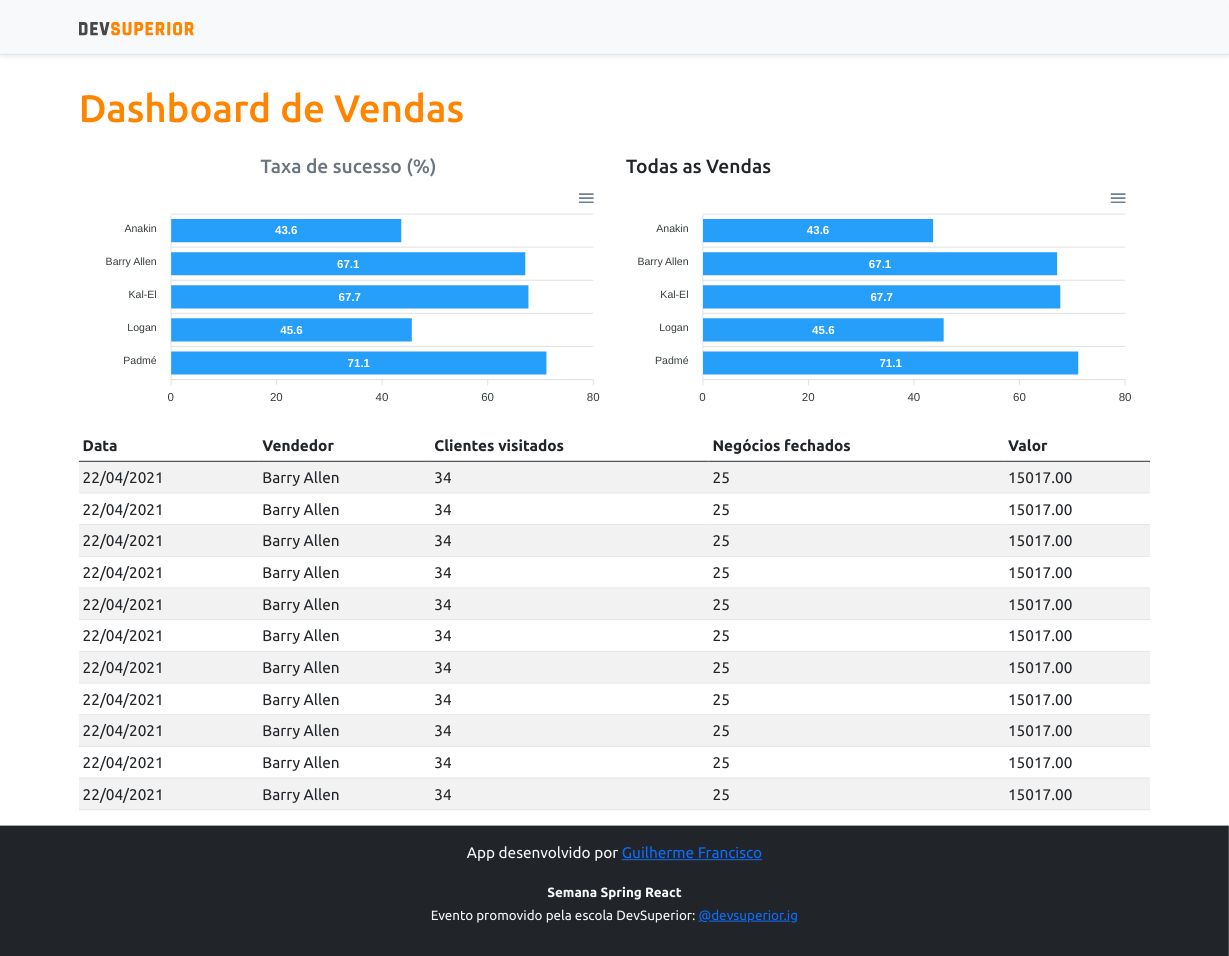
Repository: GuilhermeFrancisc0/projeto-react_spring
Page: / (app in frontend/)
These files come from the project's save history. The page is drawn as it stood at one moment and after the next save; the edit follows.
The browser window is 1280 px wide. The pictures show the whole page, at 96% of full size.
The project was rebuilt for these pictures with package versions that can differ from the ones it lists, and the page was loaded fresh each time.

Above is the page before, as saved 2021-05-30 16:35:30.

### frontend/public/index.html
<!DOCTYPE html>
<html lang="en">
  <head>
    <meta charset="utf-8" />
    <link rel="icon" href="%PUBLIC_URL%/favicon.ico" />
    <meta name="viewport" content="width=device-width, initial-scale=1" />
    <meta name="theme-color" content="#000000" />
    <meta
      name="description"
      content="App feito para exercitar conceitos de React e Spring"
    />
    <title>DSVendas</title>
  </head>
  <body>
    <noscript>You need to enable JavaScript to run this app.</noscript>
    <div id="root"></div>
  </body>
</html>

### frontend/src/App.tsx
import BarChart from 'components/BarChart';
import DataTable from 'components/DataTable';
import Footer from 'components/Footer';
import NavBar from './components/NavBar';

function App() {
  return (
    <>
    <NavBar/>
    <div className="container">
      <h1 className="text-primary py-3">Dashboard de Vendas</h1>
      <div className="row px-3">
        <div className='col-sm-6'>
          <h5 className="text-center text-secondary">Taxa de sucesso (%)</h5>
          <BarChart/>
        </div>
        <div className='col-sm-6'>
          <h5>Todas as Vendas</h5>
          <BarChart/>
        </div>
      </div>

      <DataTable/>
    </div>
    <Footer/>
    </>
  );
}

export default App;

### frontend/src/components/BarChart/index.tsx
import Chart from "react-apexcharts";

const BarChart = () => {
  const options = {
    plotOptions: {
      bar: {
        horizontal: true,
      },
    },
  };

  const mockData = {
    labels: {
      categories: ["Anakin", "Barry Allen", "Kal-El", "Logan", "Padmé"],
    },
    series: [
      {
        name: "% Sucesso",
        data: [43.6, 67.1, 67.7, 45.6, 71.1],
      },
    ],
  };
  return (
    <Chart
      options={{ ...options, xaxis: mockData.labels }}
      series={mockData.series}
      type="bar"
      height="240"
    />
  );
};
export default BarChart;

### frontend/src/components/DataTable/index.tsx
const DataTable = () => {
  return (
    <div className="table-responsive">
      <table className="table table-striped table-sm">
        <thead>
          <tr>
            <th>Data</th>
            <th>Vendedor</th>
            <th>Clientes visitados</th>
            <th>Negócios fechados</th>
            <th>Valor</th>
          </tr>
        </thead>
        <tbody>
          <tr>
            <td>22/04/2021</td>
            <td>Barry Allen</td>
            <td>34</td>
            <td>25</td>
            <td>15017.00</td>
          </tr>
          <tr>
            <td>22/04/2021</td>
            <td>Barry Allen</td>
            <td>34</td>
            <td>25</td>
            <td>15017.00</td>
          </tr>
          <tr>
            <td>22/04/2021</td>
            <td>Barry Allen</td>
            <td>34</td>
            <td>25</td>
            <td>15017.00</td>
          </tr>
          <tr>
            <td>22/04/2021</td>
            <td>Barry Allen</td>
            <td>34</td>
            <td>25</td>
            <td>15017.00</td>
          </tr>
          <tr>
            <td>22/04/2021</td>
            <td>Barry Allen</td>
            <td>34</td>
            <td>25</td>
            <td>15017.00</td>
          </tr>
          <tr>
            <td>22/04/2021</td>
            <td>Barry Allen</td>
            <td>34</td>
            <td>25</td>
            <td>15017.00</td>
          </tr>
          <tr>
            <td>22/04/2021</td>
            <td>Barry Allen</td>
            <td>34</td>
            <td>25</td>
            <td>15017.00</td>
          </tr>
          <tr>
            <td>22/04/2021</td>
            <td>Barry Allen</td>
            <td>34</td>
            <td>25</td>
            <td>15017.00</td>
          </tr>
          <tr>
            <td>22/04/2021</td>
            <td>Barry Allen</td>
            <td>34</td>
            <td>25</td>
            <td>15017.00</td>
          </tr>
          <tr>
            <td>22/04/2021</td>
            <td>Barry Allen</td>
            <td>34</td>
            <td>25</td>
            <td>15017.00</td>
          </tr>
          <tr>
            <td>22/04/2021</td>
            <td>Barry Allen</td>
            <td>34</td>
            <td>25</td>
            <td>15017.00</td>
          </tr>
        </tbody>
      </table>
    </div>
  );
};
export default DataTable;

### frontend/src/components/Footer/index.tsx
const Footer = () => {
  return (
    <footer className="footer mt-auto py-3 bg-dark">
      <div className="container">
        <p className="text-light">
          App desenvolvido por{" "}
          <a
            href="https://github.com/GuilhermeFrancisc0"
            target="_blank"
            rel="noreferrer"
          >
            Guilherme Francisco
          </a>
        </p>
        <p className="text-light">
          <small>
            <strong>Semana Spring React</strong>
            <br />
            Evento promovido pela escola DevSuperior:{" "}
            <a
              href="https://instagram.com/devsuperior.ig"
              target="_blank"
              rel="noreferrer"
            >
              @devsuperior.ig
            </a>
          </small>
        </p>
      </div>
    </footer>
  );
};
export default Footer;

### frontend/src/components/NavBar/index.tsx
import ImgDsDark from "assets/img/ds-dark.svg";

const NavBar = () => {
  return (
    <div className="d-flex flex-column flex-md-row align-items-center p-3 px-md-4 mb-3 bg-light border-bottom shadow-sm">
      <div className="container">
        <nav className="my-2 my-md-0 mr-md-3">
          <img src={ImgDsDark} alt="DevSuperior" width="120" />
        </nav>
      </div>
    </div>
  );
};
export default NavBar;

Loaded but not shown: frontend/src/index.tsx (common file); frontend/src/assets/css/styles.css (common file)

After the next save:
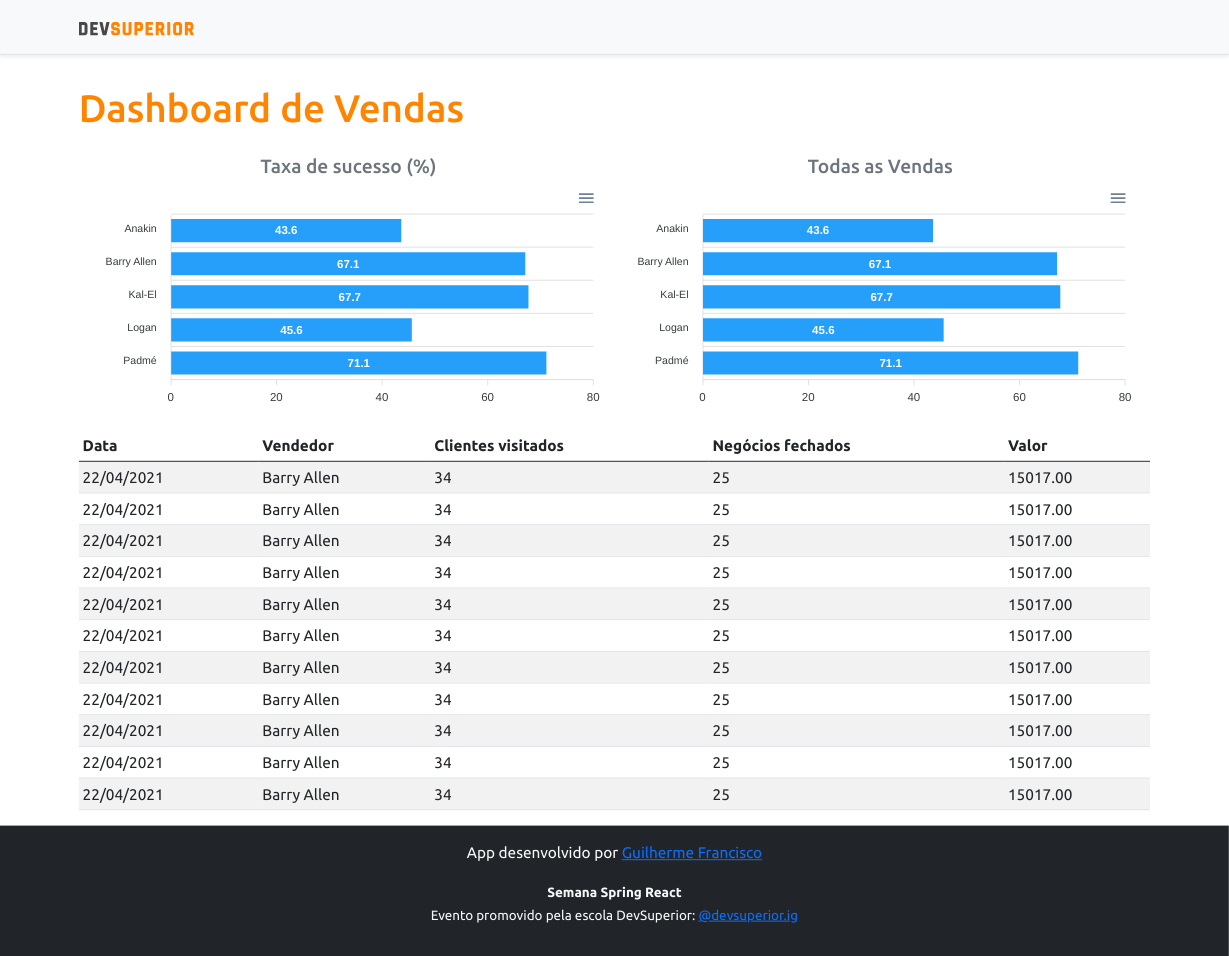
Saved 21 s later.
--- a/frontend/src/App.tsx
+++ b/frontend/src/App.tsx
@@ -15,7 +15,7 @@ function App() {
           <BarChart/>
         </div>
         <div className='col-sm-6'>
-          <h5>Todas as Vendas</h5>
+          <h5 className="text-center text-secondary">Todas as Vendas</h5>
           <BarChart/>
         </div>
       </div>
